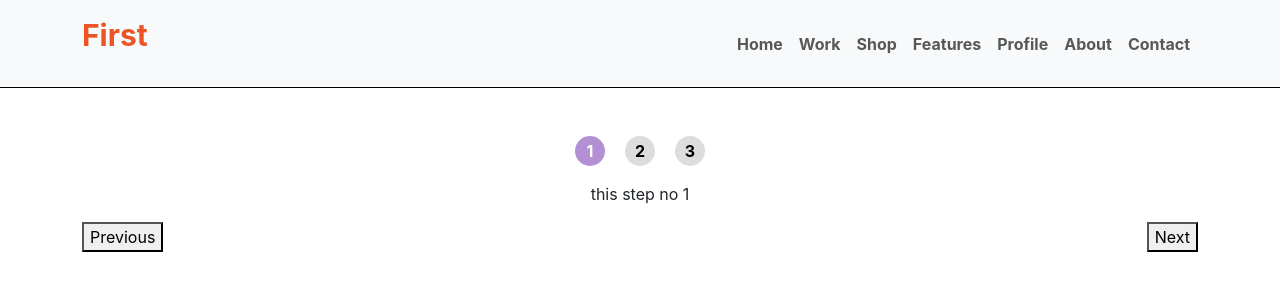
Repository: Hager-h/temple
Page: /contact
These files come from the project's save history. The page is drawn as it stood at one moment and after the next save; the edit follows.
The browser window is 1280 px wide. The pictures show the whole page.
The project was rebuilt for these pictures with package versions that can differ from the ones it lists, and the page was loaded fresh each time. Also part of the build but not shown: src/components/work/work.css, src/components/hook/Hook.js, src/components/work/Work.js, src/components/hook2/Hook2.js, src/components/portfolio/Portfolio.js, src/components/footer/Footer.js, src/components/social/Social.js, src/components/about/About.js and 10 more.

Above is the page before, as saved 2023-07-19 15:32:38.

After the next save:
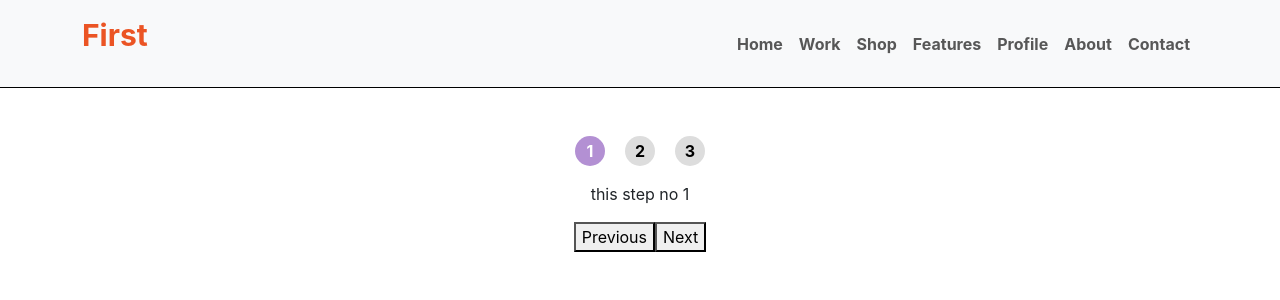
Saved 33 s later.
--- a/src/components/contact/index.js
+++ b/src/components/contact/index.js
@@ -11,7 +11,7 @@ export default function Contact() {
 
         </div>
         <p> this step no 1</p>
-        <div className="bt-con d-flex justify-content-between ">
+        <div className="bt-con d-flex justify-content-center">
           <button>Previous</button>
           <button>Next</button>
         </div>
